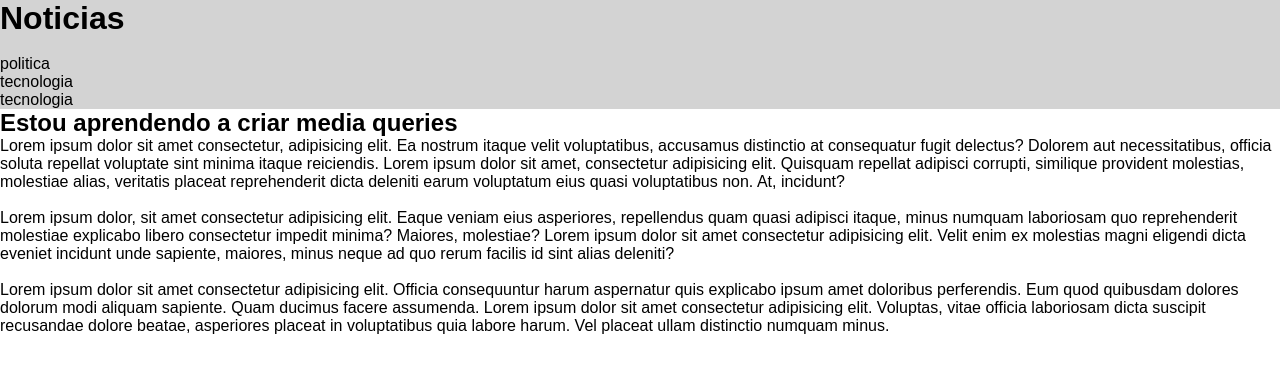
Repository: Lucianorodriguesdev/cursoHTML-CSS
Page: ex026/mq001/index.html
These files come from the project's save history. The page is drawn as it stood at one moment and after the next save; the edit follows.
The browser window is 1280 px wide. The pictures show the whole page.

Above is the page before, as saved 2026-07-13 17:14:53.

After the next save:
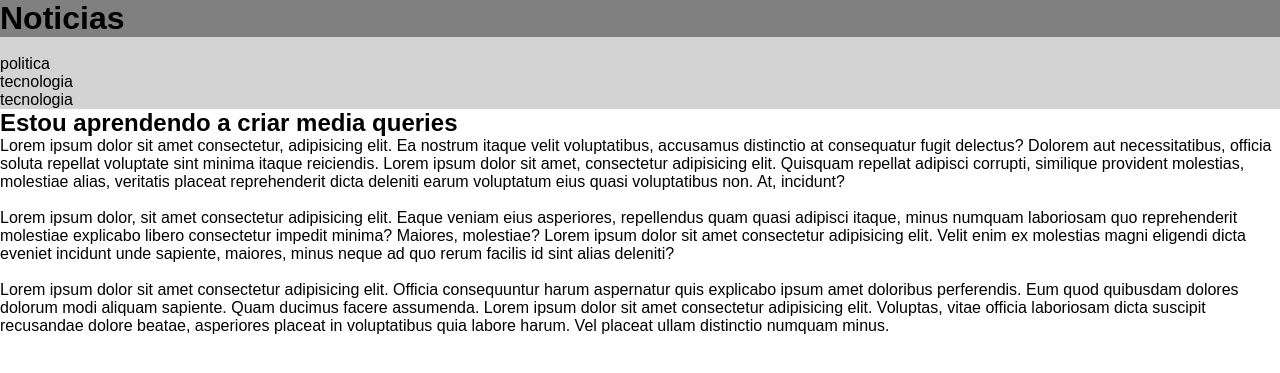
Saved 29 s later.
--- a/ex026/mq001/estilo/tela.css
+++ b/ex026/mq001/estilo/tela.css
@@ -12,3 +12,6 @@ html{
 header{
     background-color: lightgray;
 }
+header h1{
+    background-color: grey;
+}
